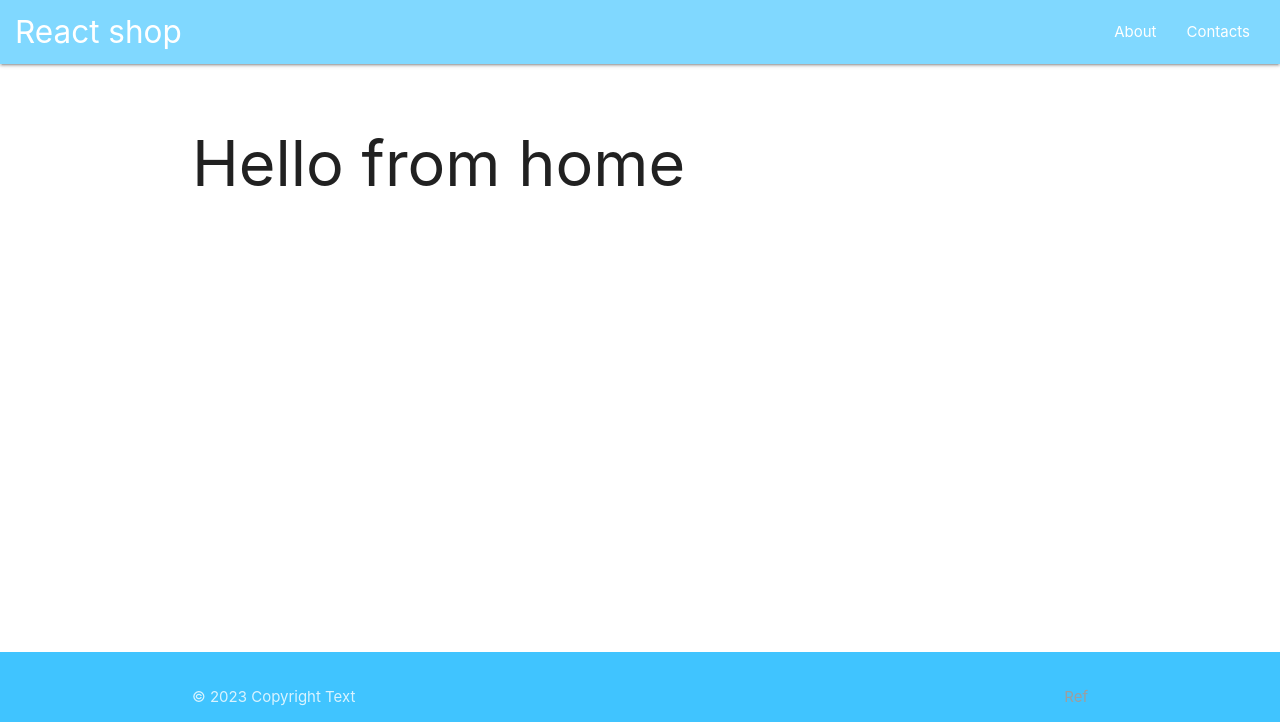
Repository: qui-qui-qui/react-recipe
Page: /
These files come from the project's save history. The page is drawn as it stood at one moment and after the next save; the edit follows.
The browser window is 1280 px wide. The pictures show the whole page.
The project was rebuilt for these pictures with package versions that can differ from the ones it lists, and the page was loaded fresh each time. Also part of the build but not shown: src/pages/About.jsx, src/pages/Contact.jsx, src/pages/NotFound.jsx.

Above is the page before, as saved 2023-01-09 17:17:30.

After the next save:
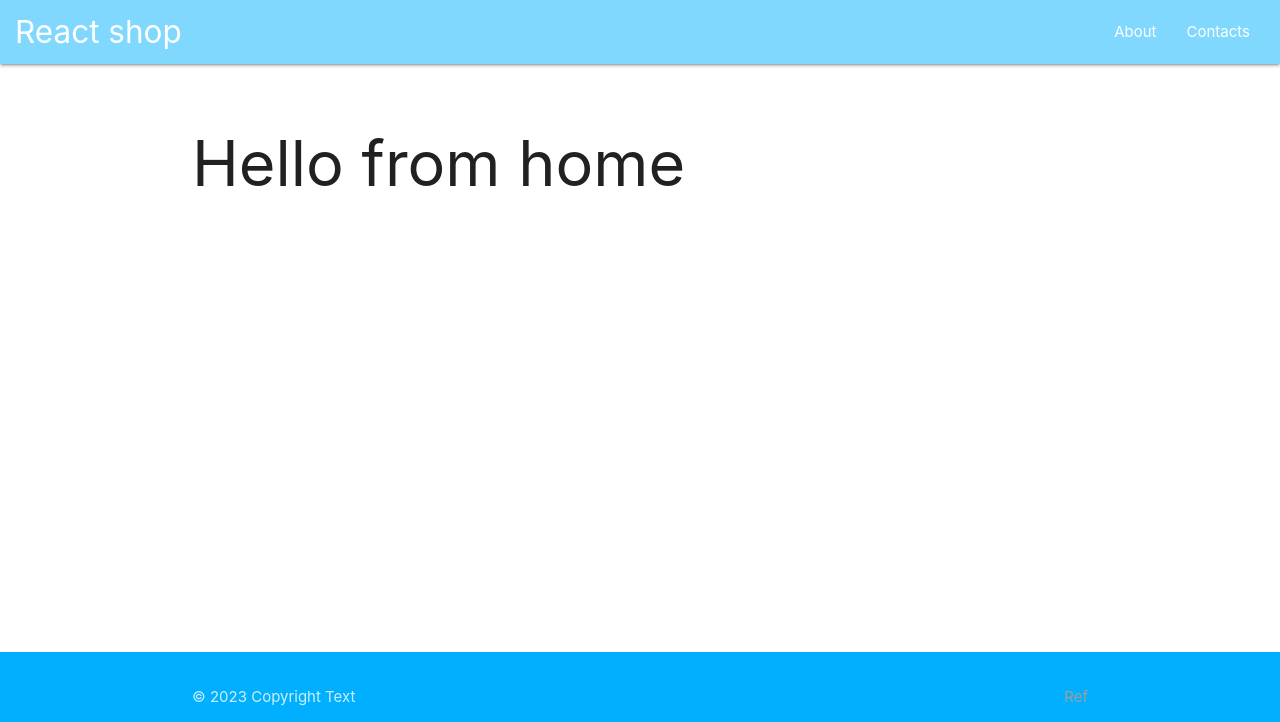
Saved 19 s later.
--- a/src/components/Footer.jsx
+++ b/src/components/Footer.jsx
@@ -1,6 +1,6 @@
 function Footer() {
-  return <footer className="page-footer light-blue accent-2">
-  <div className="footer-copyright light-blue accent-2">
+  return <footer className="page-footer light-blue accent-3">
+  <div className="footer-copyright light-blue accent-3">
     <div className="container">
     © {new Date().getFullYear()} Copyright Text
     <a className="grey-text right" href="#!">Ref</a>
